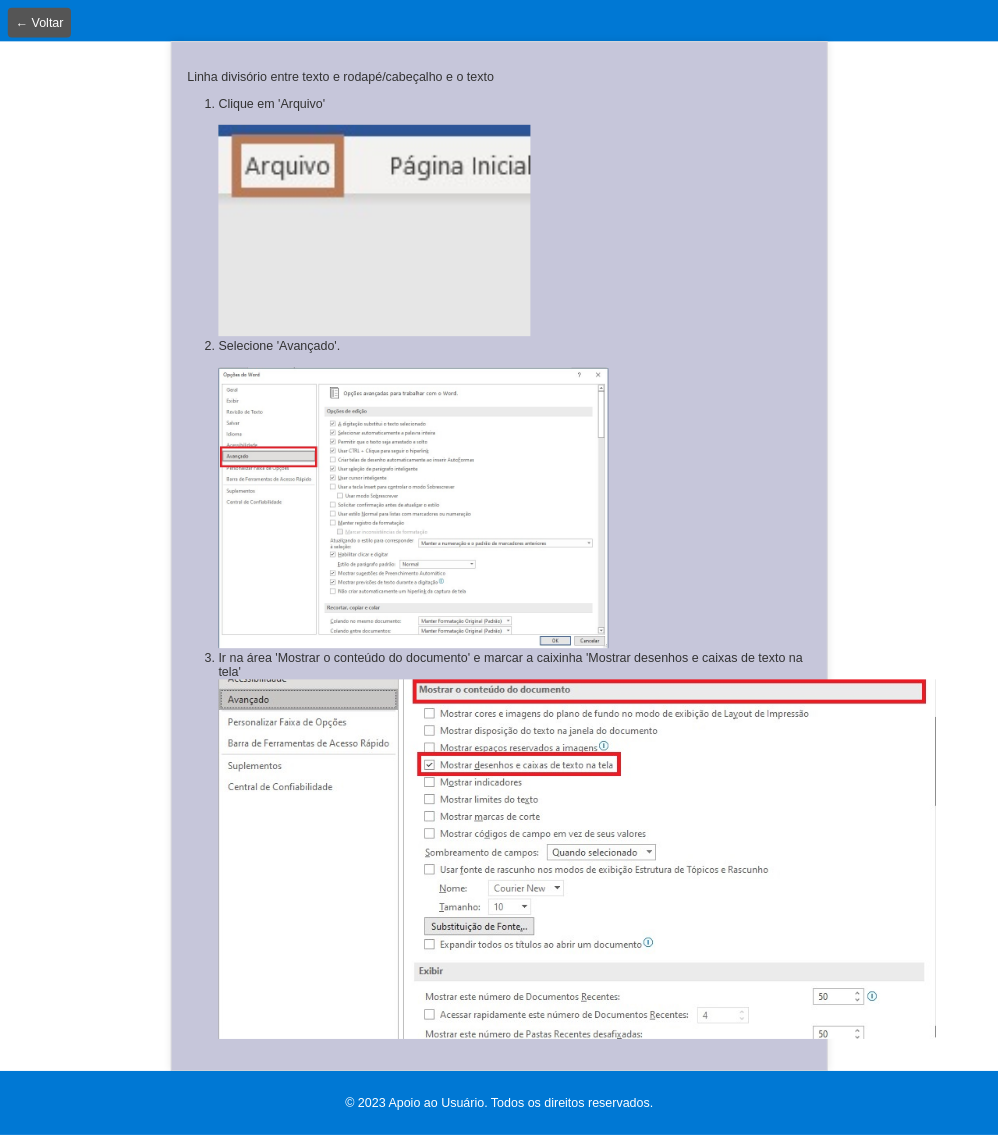
Repository: I4guito/dicasdez
Page: Dicas site/office365 tutoriais/wordtutoriais/linhadivisório.html
The author's editor kept a copy of each file at every save. The page is drawn from the files as they stood at one save, then again after a run of saves.
The browser window is 1280 px wide. The pictures show the whole page, at 78% of full size.

Above is the page before, as saved 2023-12-01 10:54:41.

### Dicas site/office365 tutoriais/wordtutoriais/linhadivisório.html
<!DOCTYPE html>
<html lang="pt-br">
<head>
    <meta charset="UTF-8">
    <meta name="viewport" content="width=device-width, initial-scale=1.0">
    <link rel="stylesheet" href="ztutor.css">
    <script src="/Dicas site/office365 tutoriais/wordtutoriais/tutors.js"></script>
    <title>Tutoriak</title>
</head>
<body>
    <header>
        <a href="javascript:history.back()" class="voltar-btn">&#8592; Voltar</a>
        <h1></h1>

    </header>

    <div class="container">
    <section class="tutorial-content">

        <p>Linha divisório entre texto e rodapé/cabeçalho e o texto</p>
        <ol>
            <li>Clique em 'Arquivo'</li><br>
            <img src="/Dicas site/office365 tutoriais/word imagens tutorial/arquivo.jpeg" alt="Imagem" width="400px>
            <li>Opções do Word.</li>
            <img src="/Dicas site/office365 tutoriais/word imagens tutorial/opçoesword.jpeg" alt="Imagem">
            <li>Selecione 'Avançado'.</li><br>
            <img src="/Dicas site/office365 tutoriais/word imagens tutorial/avançadoword.jpeg" alt="Imagem" width="500px">
            <li>Ir na área 'Mostrar o conteúdo do documento' e marcar a caixinha 'Mostrar desenhos e caixas de texto na tela'</li>
            <img src="/Dicas site/office365 tutoriais/word imagens tutorial/mostrarconteudododocumentoword.jpeg" alt="Imagem">
        </ol>
    </section>
    </div>

    <footer>
        <p>&copy; 2023 Apoio ao Usuário. Todos os direitos reservados.</p>
    </footer>
</body>
</html>

### Dicas site/office365 tutoriais/wordtutoriais/ztutor.css
body {
    font-family: 'Arial', sans-serif;
    margin: 0;
    padding: 0;
}

header {
    background-color: #0078D4;
    color: white;
    text-align: center;
    padding: 1rem;
}

header img {
    max-width: 100px;
    margin-top: 10px;
}

.container {
    max-width: 800px;
    margin: 0 auto;
    background-color: rgb(198, 198, 218);
    padding: 20px;
    box-shadow: 0 0 10px rgba(0, 0, 0, 0.1);
    border: 1px solid #ddd;
    color: #333;
}

.problems-list {
    max-width: 600px;
    margin: 20px auto;
    padding: 20px;
    border: 1px solid #ddd;
    border-radius: 5px;
}

.problems-list h2 {
    color: #0078D4;
}

.problems-list ul {
    list-style-type: none;
    padding: 0;
}

.problems-list li {
    margin: 10px 0;
    border-bottom: 1px solid #ddd;
    padding: 10px;
    background-color: #53616b;
}

.problems-list li:last-child {
    border-bottom: none; /
}

.problems-list a {
    text-decoration: none;
    color: #0078D4;
    transition: color 0.3s;
}

.problems-list a:hover {
    color: #004377;
}

footer {
    background-color: #0078D4;
    color: white;
    text-align: center;
    padding: 1rem;
}

.link-instrucoes {
    font-family:cursive;
    width: 50px;
    left: 10px;
    text-decoration: none;
    color: #fff;
    font-size: 25px;
    padding: 3px;
    background-color: #555;
    border: none;
    border-radius: 10px;
    cursor: pointer;
    transition:  background-color 0.3s;
}

.link-instrucoes:hover {
    background-color:#777
}


.voltar-btn {
    position: absolute;
    left: 10px;
    top: 10px;
    text-decoration: none;
    color: #fff;
    font-size: 16px;
    padding: 10px;
    background-color: #555;
    border: none;
    border-radius: 5px;
    cursor: pointer;
    transition: background-color 0.3s;
}

.voltar-btn:hover {
    background-color: #777;
}


.step {
    max-width: 800px;
    margin: 0 auto;
    background-color: #333;
    padding: 20px;
    box-shadow: 0 0 10px rgba(0, 0, 0, 0.1);
    border: 1px solid #ddd;
    color: #333;
    margin-bottom: 40px;
    padding: 20px;
    border-radius: 8px;
    box-shadow: 0 4px 8px rgba(0, 0, 0, 0.1);
}

### Dicas site/office365 tutoriais/wordtutoriais/tutors.js

const isOpera = navigator.userAgent.indexOf("OPR") > -1;


if (isOpera) {
  document.addEventListener("DOMContentLoaded", function () {
    document.querySelector("body").style.backgroundColor = "#005c4b";
    document.querySelector(".container").style.color = "#333";
    document.querySelector(".container").style.backgroundColor = "#006c6d";
  });
}

After the next 3 saves:
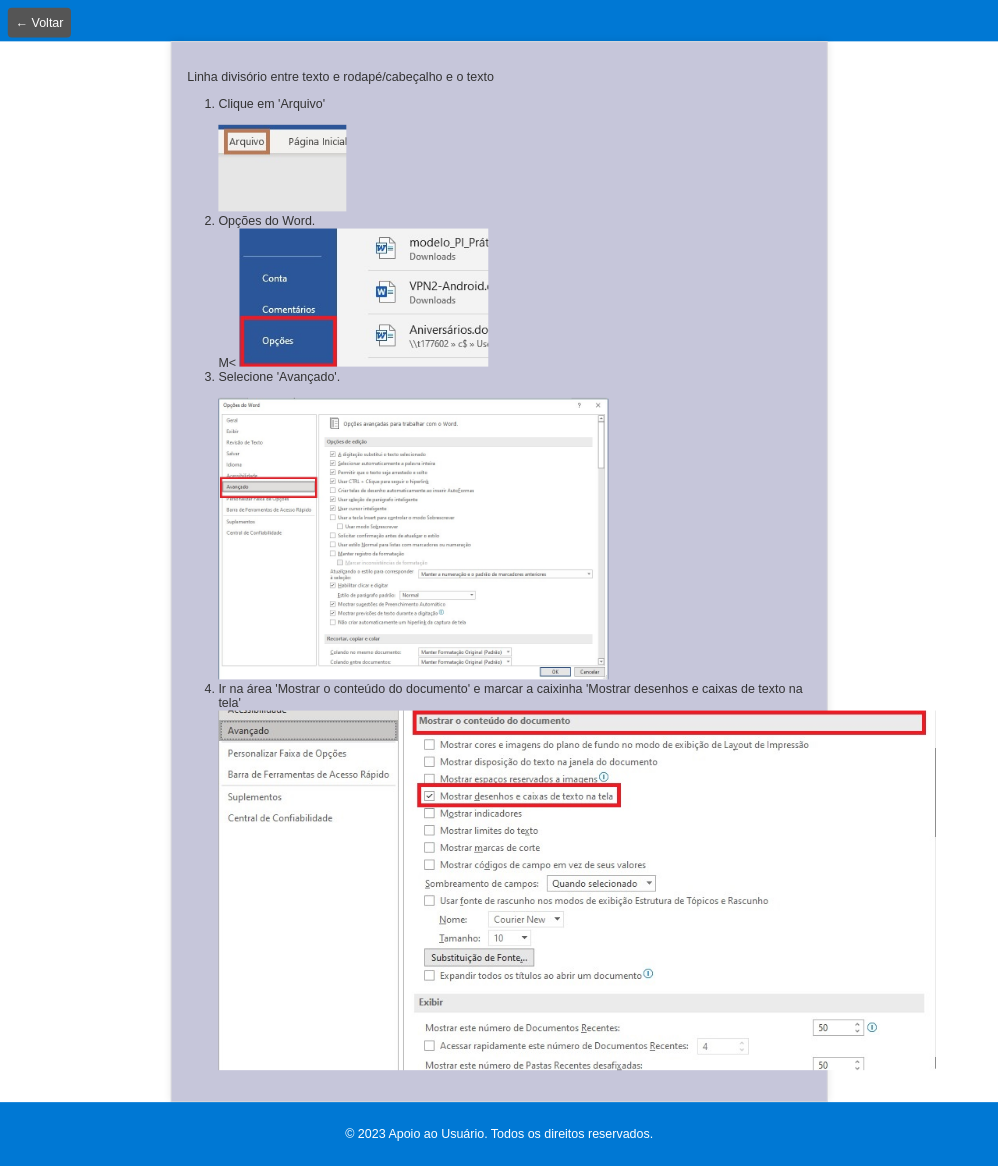
The 3 saves are shown as one change because they came seconds apart.
The last was saved 9 s later.
--- a/Dicas site/office365 tutoriais/wordtutoriais/linhadivisório.html
+++ b/Dicas site/office365 tutoriais/wordtutoriais/linhadivisório.html
@@ -20,8 +20,8 @@
         <p>Linha divisório entre texto e rodapé/cabeçalho e o texto</p>
         <ol>
             <li>Clique em 'Arquivo'</li><br>
-            <img src="/Dicas site/office365 tutoriais/word imagens tutorial/arquivo.jpeg" alt="Imagem" width="400px>
-            <li>Opções do Word.</li>
+            <img src="/Dicas site/office365 tutoriais/word imagens tutorial/arquivo.jpeg" alt="Imagem" class="image-zoom">
+            <li>Opções do Word.</li>M<
             <img src="/Dicas site/office365 tutoriais/word imagens tutorial/opçoesword.jpeg" alt="Imagem">
             <li>Selecione 'Avançado'.</li><br>
             <img src="/Dicas site/office365 tutoriais/word imagens tutorial/avançadoword.jpeg" alt="Imagem" width="500px">
